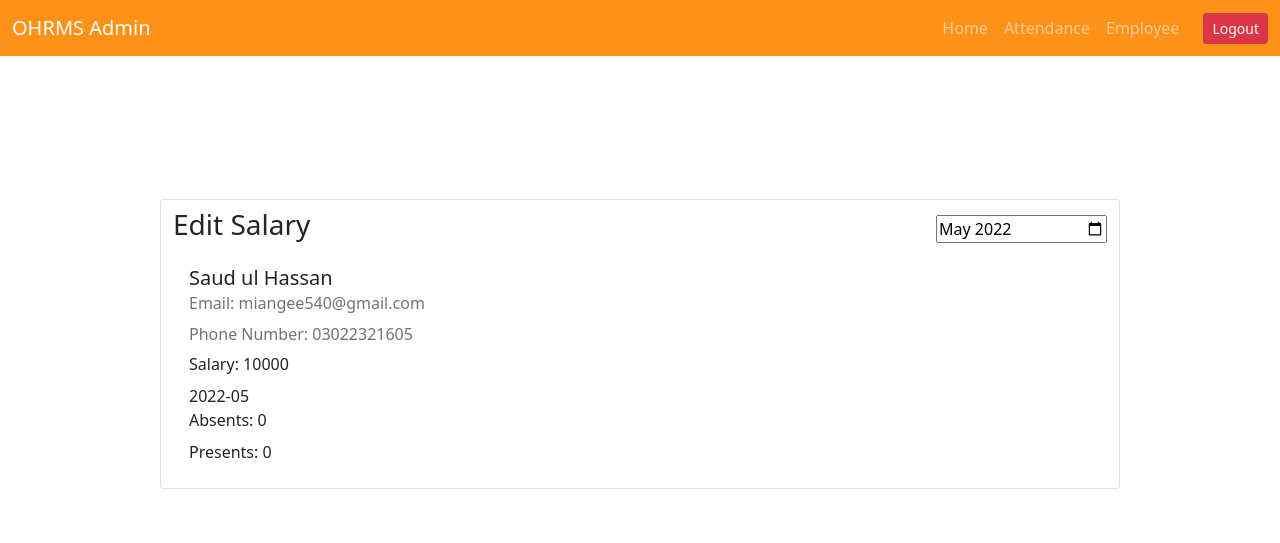
Repository: SaudCh/PHP-OHRMS
Page: http://localhost/admin/edit-salary?id=49
The author's editor kept a copy of each file at every save. The page is drawn from the files as they stood at one save, then again after the next save.
The browser window is 1280 px wide. The pictures show the whole page.
Some web libraries are served in a nearby version. The page is run by PHP 8.4 with error messages shown; the project is at /var/www/html/. The session is filled in as if someone had signed in: {"admin": "admin@ohrm.com"}. The database holds what the project's SQL file puts in it. Queries for data that is not in the repository find no rows.

Above is the page before, as saved 2022-06-05 23:12:43.
Console error: ReferenceError: $ is not defined

After the next save:
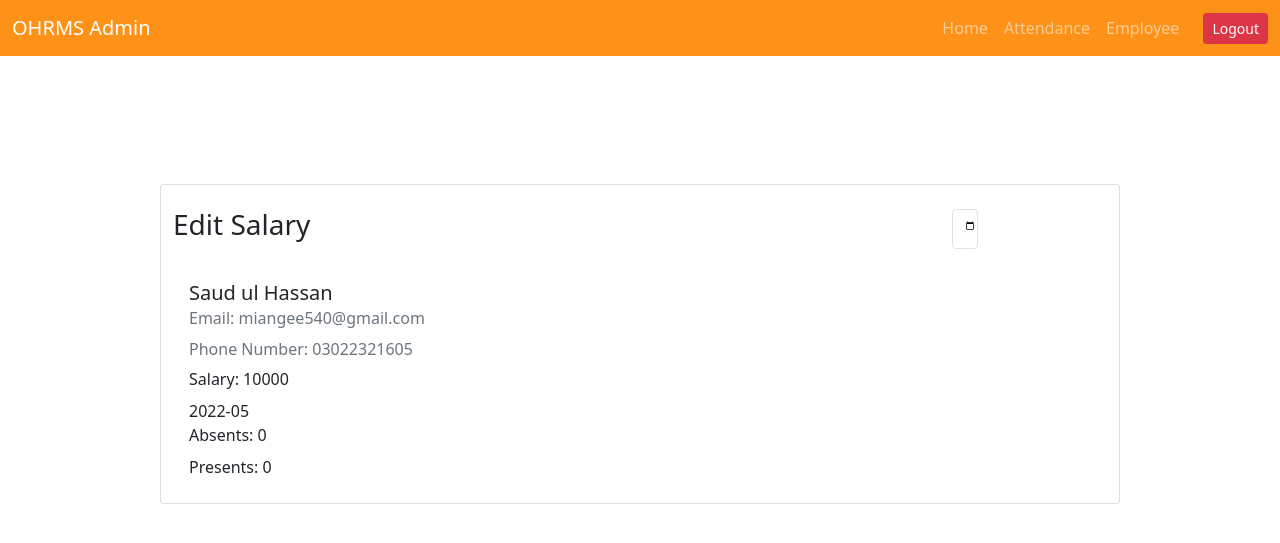
Saved 24 s later.
--- a/admin/edit-salary.php
+++ b/admin/edit-salary.php
@@ -20,7 +20,8 @@
 
                     <h3>Edit Salary</h3>
                     <div>
-                        <input type="month" id="attendance-date" name="date" value="<?= date('Y-m') ?>">
+                    <input class="border rounded col-2 my-3" style="height:40px;padding-left:10px;" type="date" name="date" id="attendance-date">
+
                     </div>
 
                 </div>
